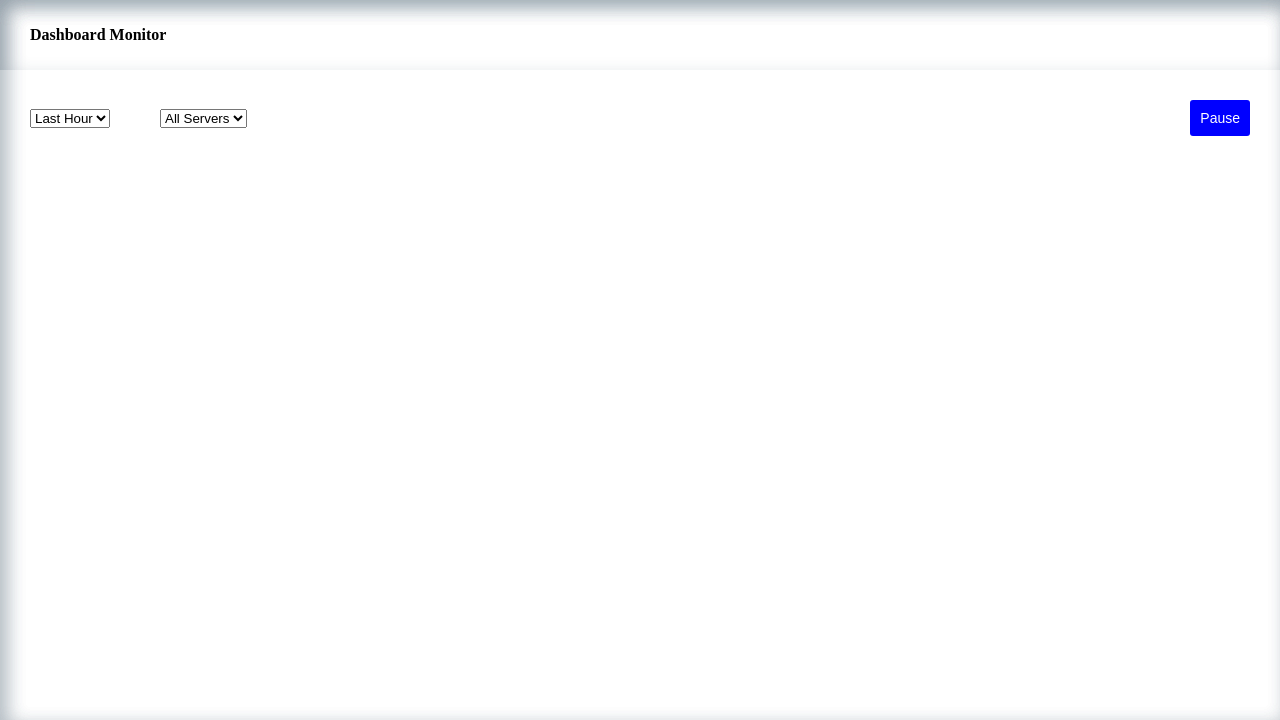
Repository: egorgloom/dashboard
Page: /
An editor plug-in stored every save of this project. The page is shown before and after a run of saves, followed by the edit.
The browser window is 1280 px wide. The pictures show the whole page.
The page's requests for data from a server got no answer. The project was rebuilt for these pictures with package versions that can differ from the ones it lists, and the page was loaded fresh each time. No one was signed in, and anything a server would have sent is missing. Also part of the build but not shown: webpack.config.js, src/components/ItemCard/ItemCard.tsx, src/components/Charts/MetricsChart.tsx, src/components/SingleServerMetrics/SingleServerMetrics.tsx.

Above is the page before, as saved 2025-04-23 16:24:11.

After the next 2 saves:
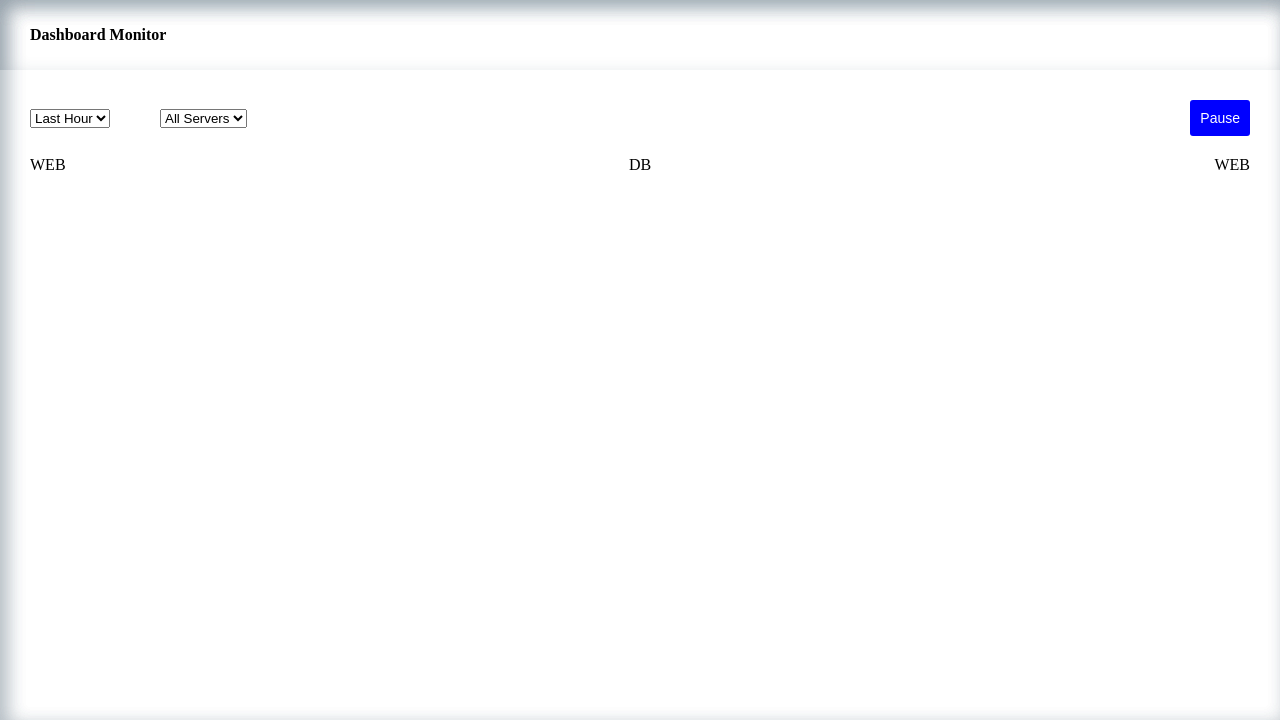
The 2 saves are shown as one change because 1 did not build or start.
The last was saved 7 min 3 s later.
--- a/src/components/OverviewPage/OverviewPage.tsx
+++ b/src/components/OverviewPage/OverviewPage.tsx
@@ -19,7 +19,11 @@ const OverviewPage: FC<IOverviewPage> = () => {
 
     const [servers, setServers] = useState('');
 
-    const [posts, setPosts] = useState<any>(data)
+    const [posts, setPosts] = useState<any>([
+        {id: 1, title:'WEB', body: "WEB"},
+        {id: 2, title:'DB', body: "DB"},
+        {id: 3, title:'WEB', body: "WEB"},
+    ])
 
     const changeFilter = (sort: any) => {
         setServers(sort)
@@ -62,7 +66,8 @@ const OverviewPage: FC<IOverviewPage> = () => {
                     </div>
                 </div>
                 <div className='all-cards'>
-                {posts?.map((elem: IMetrics) => <ItemCard elem={elem} key={elem.id}/>)}
+                {/* {data?.map((elem: IMetrics) => <ItemCard elem={elem} key={elem.id}/>)} */}
+                {posts?.map((elem: any) => <div key={elem.id}>{elem.title}</div>)}
 
                 </div>
             </div>
